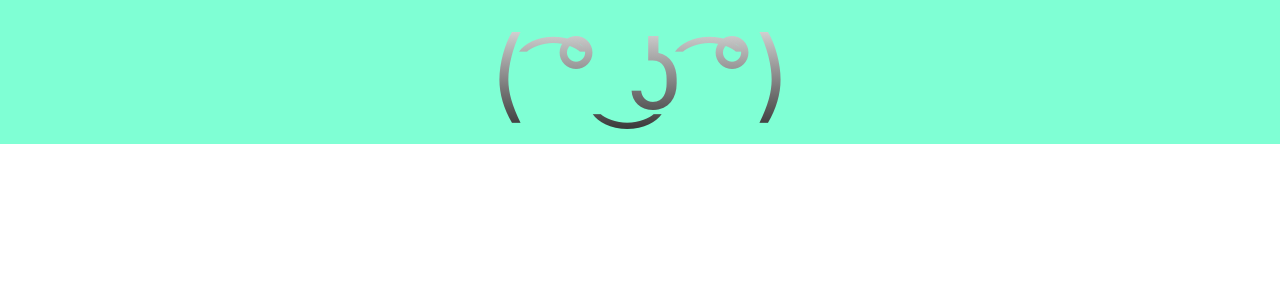
Repository: ogigg/react-Lenny-generator
Page: / (app in lenny-generator/)
The author's editor kept a copy of each file at every save. The page is drawn from the files as they stood at one save, then again after the next save.
The browser window is 1280 px wide. The pictures show the whole page.
The project was rebuilt for these pictures with package versions that can differ from the ones it lists, and the page was loaded fresh each time.

Above is the page before, as saved 2019-12-12 15:26:59.

### lenny-generator/src/App.js
import React, { Component } from "react";
import Button from "@material-ui/core/Button"
import './App.css';
import Lenny from './lennyComponent'
class App extends Component {
  constructor(props) {
    super(props);
    this.state = {
      lennyFace : "( ͡° ͜ʖ ͡°)"
    };
  }
  render(){
  return (
    <div className="menu-wrapper">
      <Lenny lenny={this.state.lennyFace}/>
      {/* <Button variant="contained" color="primary">
      {this.state.lennyFace}
      </Button> */}
    </div>

  );
  }
}

export default App;

### lenny-generator/src/App.css
.menu-wrapper{
  background-color: aquamarine;
  height: 20vh;
  width: 100vw;
  display: flex;
  align-items: center;
  justify-content: center;
}

### lenny-generator/src/lennyComponent.jsx
import React, { Component } from 'react';
import './lennyComponent.css'

class Lenny extends Component {
    constructor(props) {
        super(props);
    }

  render() {
    return(
        <div className="lenny">
            {this.props.lenny}
        </div>
    );
  }
}




export default Lenny; // Don’t forget to use export default!

### lenny-generator/src/lennyComponent.css
.lenny{
    font-size: 100px;
    background: -webkit-linear-gradient(#eee, #333);
    -webkit-background-clip: text;
    -webkit-text-fill-color: transparent;
}

Loaded but not shown: lenny-generator/public/index.html (common file); lenny-generator/src/index.js (common file); lenny-generator/src/index.css (common file); lenny-generator/src/serviceWorker.js (common file)

After the next save:
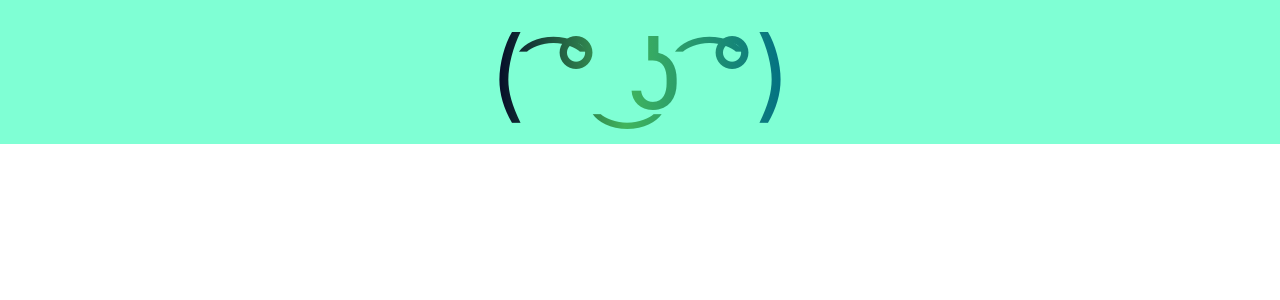
Saved 32 s later.
--- a/lenny-generator/src/lennyComponent.css
+++ b/lenny-generator/src/lennyComponent.css
@@ -1,6 +1,7 @@
 .lenny{
     font-size: 100px;
-    background: -webkit-linear-gradient(#eee, #333);
+    background: rgb(2,0,36);
+    background: linear-gradient(90deg, rgba(2,0,36,1) 0%, rgba(64,181,93,1) 45%, rgba(0,110,133,1) 100%);
     -webkit-background-clip: text;
     -webkit-text-fill-color: transparent;
 }
